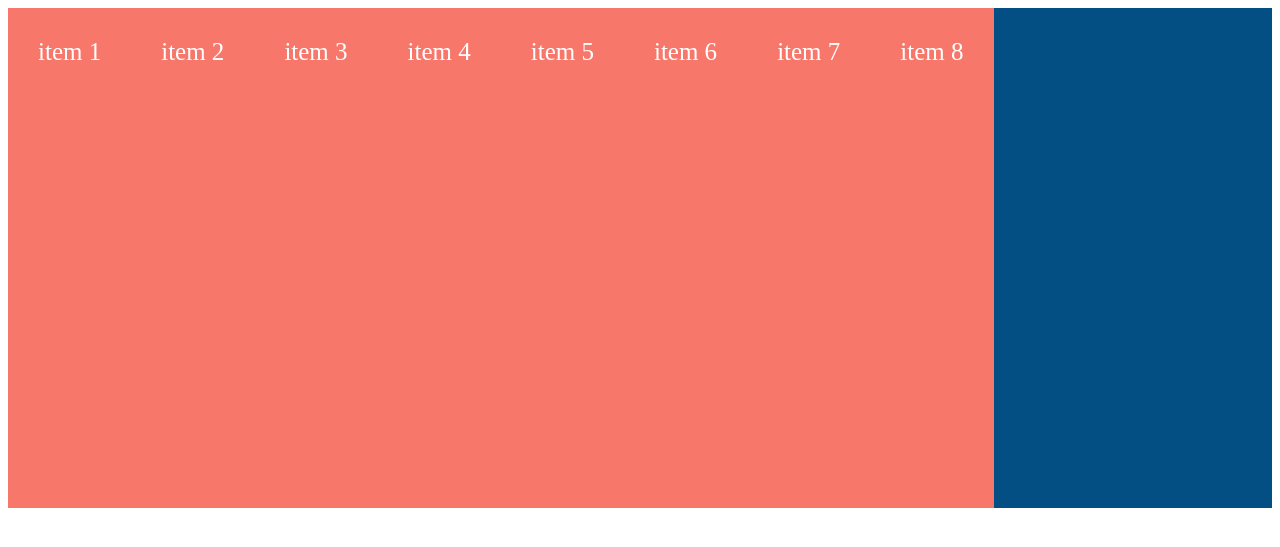
Repository: mehmetbuber38/flex
Page: flex-margin.html
The author's editor kept a copy of each file at every save. The page is drawn from the files as they stood at one save, then again after the next save.
The browser window is 1280 px wide. The pictures show the whole page.

Above is the page before, as saved 2022-01-31 21:19:32.

### flex-margin.html
<!DOCTYPE html>
<html lang="en">

<head>
    <meta charset="UTF-8">
    <meta http-equiv="X-UA-Compatible" content="IE=edge">
    <meta name="viewport" content="width=device-width, initial-scale=1.0">
    <title>Flex Container</title>
</head>
<style>
    .container {
        display: flex;

        height: 500px;
        background-color: #034f84;

    }

    .item {
        background-color: #f7786b;
        padding: 30px;
        /* margin: 20px; */
        color: #fff;
        font-size: 25px;
    }
</style>

<body>
    <div class="container">
        <div class="item ">item 1</div>
        <div class="item ">item 2</div>
        <div class="item ">item 3</div>
        <div class="item ">item 4</div>
        <div class="item ">item 5</div>
        <div class="item ">item 6</div>
        <div class="item ">item 7</div>
        <div class="item ">item 8</div>

    </div>

</body>

</html>

After the next save:
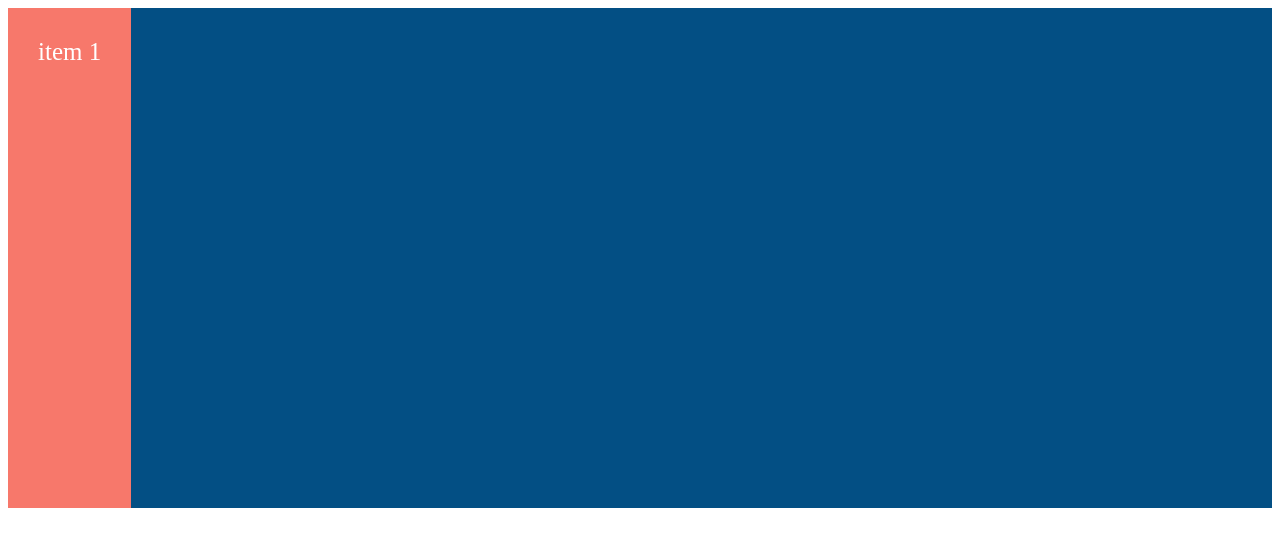
Saved 9 s later.
--- a/flex-margin.html
+++ b/flex-margin.html
@@ -28,13 +28,7 @@
 <body>
     <div class="container">
         <div class="item ">item 1</div>
-        <div class="item ">item 2</div>
-        <div class="item ">item 3</div>
-        <div class="item ">item 4</div>
-        <div class="item ">item 5</div>
-        <div class="item ">item 6</div>
-        <div class="item ">item 7</div>
-        <div class="item ">item 8</div>
+
 
     </div>
 
